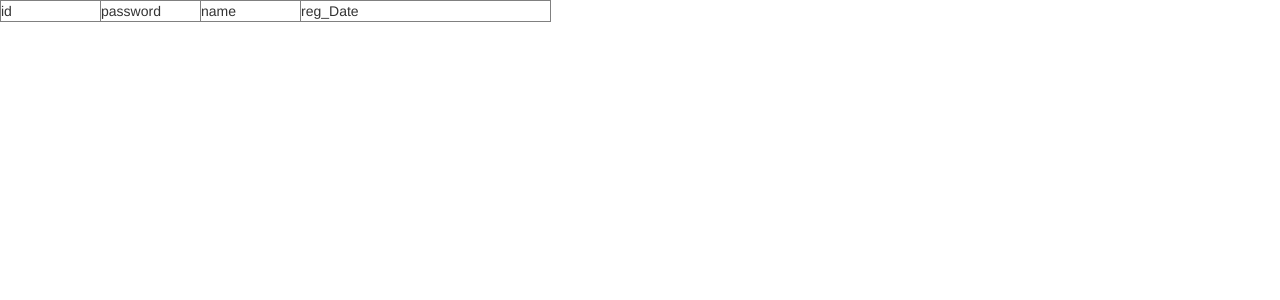
Repository: flywjdgus10/Study
Page: http://localhost/StudyBasicJSP/ch11/usePool.jsp
An editor plug-in stored every save of this project. The page is shown before and after the next save, followed by the edit.
The browser window is 1280 px wide. The pictures show the whole page.
Some web libraries are served in a nearby version. The page is served by Tomcat 9. Other server files are loaded and not shown. Queries for data that is not in the repository find no rows.

Above is the page before, as saved 2017-01-31 04:02:04.

### JSP/StudyBasicJSP/WebContent/ch11/usePool.jsp
<%@page import="org.apache.tomcat.jdbc.pool.DataSource"%>
<%@ page language="java" contentType="text/html; charser=UTF-8" pageEncoding="UTF-8"%>
<%@ page import="java.sql.* , javax.sql.* , javax.naming.*" %>
<!DOCTYPE html>
<html>
	<head>
		<meta charset="UTF-8">
		<meta name="viewport" content="width=device-width, initial-scale=1">
		<link rel="stylesheet" href="https://maxcdn.bootstrapcdn.com/bootstrap/3.3.7/css/bootstrap.min.css">
		<script src="https://ajax.googleapis.com/ajax/libs/jquery/3.1.1/jquery.min.js"></script>
		<script src="https://maxcdn.bootstrapcdn.com/bootstrap/3.3.7/js/bootstrap.min.js"></script>
	</head>
	<body>
		<table border="1">
			<tr>
				<td width="100">id</td>
				<td width="100">password</td>
				<td width="100">name</td>
				<td width="250">reg_Date</td>
			</tr>

			<%


			Connection conn = null;
			PreparedStatement pstmt = null;
			ResultSet rs = null;


			try{

				Context initCtx = new InitialContext();
				Context envCtx = (Context)initCtx.lookup("java:comp/env");


				DataSource ds = (DataSource)envCtx.lookup("jdbc/basicjsp");

				out.println("<tr><td>id123</td><td>password123</td><td>name123</td><td>reg_Date123</td></tr>");
				conn = ds.getConnection();

				String sql = "select * from member";
				pstmt = conn.prepareStatement(sql);
				rs = pstmt.executeQuery();
				while(rs.next()){
					String id = rs.getString("id");
					String passwd = rs.getString("passwd");
					String name = rs.getString("name");
					Timestamp register = rs.getTimestamp("reg_date");

					%>

			<tr>
				<td width="100"><%=id %></td>
				<td width="100"><%=passwd %></td>
				<td width="100"><%=name %></td>
				<td width="250"><%=register.toString() %></td>
			</tr>

					<%
				}

			}catch(Exception e){
				e.printStackTrace();
			}finally{
				if(rs != null)
					try{
						rs.close();
					}catch(SQLException sqle){}
				if(pstmt != null)
					try{
						pstmt.close();
					}catch(SQLException sqle){}
				if(conn != null)
					try{
						conn.close();
					}catch(SQLException sqle){}

			}
			%>
		</table>
	</body>
</html>

After the next save:
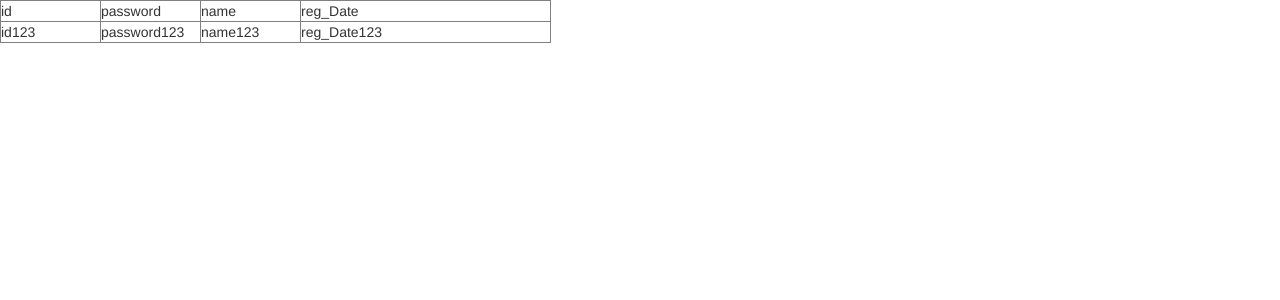
Saved 2 min 20 s later.
--- a/JSP/StudyBasicJSP/WebContent/ch11/usePool.jsp
+++ b/JSP/StudyBasicJSP/WebContent/ch11/usePool.jsp
@@ -1,4 +1,3 @@
-<%@page import="org.apache.tomcat.jdbc.pool.DataSource"%>
 <%@ page language="java" contentType="text/html; charser=UTF-8" pageEncoding="UTF-8"%>
 <%@ page import="java.sql.* , javax.sql.* , javax.naming.*" %>
 <!DOCTYPE html>
@@ -32,10 +31,10 @@
 				Context initCtx = new InitialContext();
 				Context envCtx = (Context)initCtx.lookup("java:comp/env");
 
-
+				out.println("<tr><td>id123</td><td>password123</td><td>name123</td><td>reg_Date123</td></tr>");
 				DataSource ds = (DataSource)envCtx.lookup("jdbc/basicjsp");
 
-				out.println("<tr><td>id123</td><td>password123</td><td>name123</td><td>reg_Date123</td></tr>");
+
 				conn = ds.getConnection();
 
 				String sql = "select * from member";
